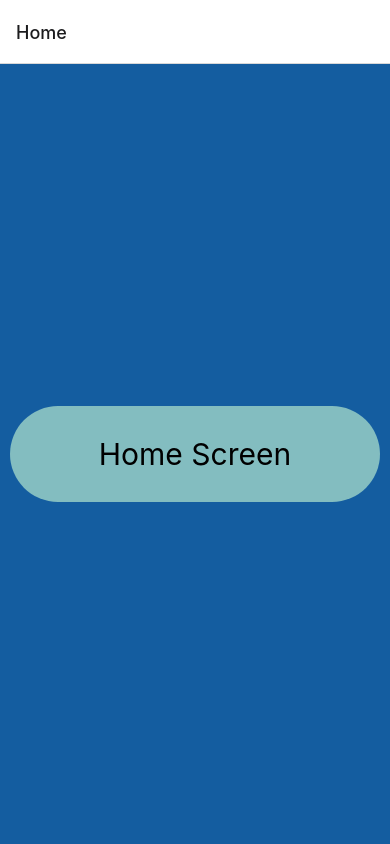
Repository: itadori17/MovieApi
Screen: /
An editor plug-in stored every save of this project. The screen is shown before and after the next save, followed by the edit.
The app was drawn by React Native's web renderer in a window 390 px wide. The project was rebuilt for these pictures with package versions that can differ from the ones it lists, and the page was loaded fresh each time. Also part of the build but not shown: src/Api/index.js, src/Screens/MovieCard.js, src/Screens/MovieFinder.js.

Above is the screen before, as saved 2022-08-22 10:00:37.

After the next save:
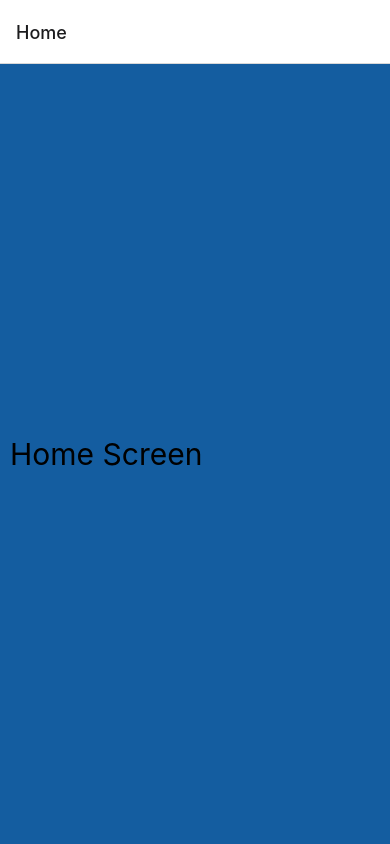
Saved 71 s later.
--- a/src/Screens/HomeSreen.js
+++ b/src/Screens/HomeSreen.js
@@ -27,13 +27,10 @@
     paddingHorizontal: 10,
     backgroundColor: "#145DA0",
     },
-    button : {
-        alignItems: "center",
-        backgroundColor: "#83BDC0",
-        padding: 30,
-        borderRadius: 50,
-
-    },
+    image: {
+        flex: 1,
+        justifyContent: "center"
+      },
     text : {
         fontSize: 30,
 

After the 2 saves that followed:
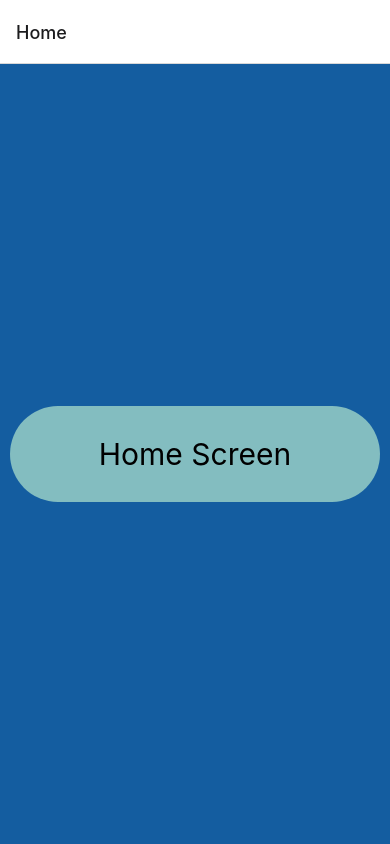
The 2 saves are shown as one change because they came seconds apart.
The last was saved 7 s later.
--- a/src/Screens/HomeSreen.js
+++ b/src/Screens/HomeSreen.js
@@ -27,10 +27,13 @@
     paddingHorizontal: 10,
     backgroundColor: "#145DA0",
     },
-    image: {
-        flex: 1,
-        justifyContent: "center"
-      },
+    button : {
+        alignItems: "center",
+        backgroundColor: "#83BDC0",
+        padding: 30,
+        borderRadius: 50,
+
+    },
     text : {
         fontSize: 30,
 
